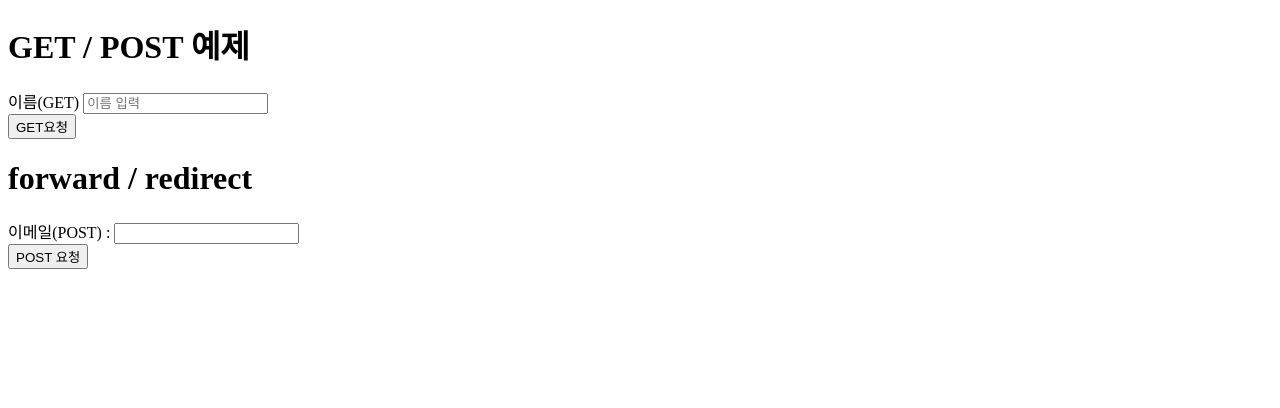
Repository: jijibaebaeeee/jsp-study
Page: http://localhost/day02/
These files come from the project's save history. The page is drawn as it stood at one moment and after the next save; the edit follows.
The browser window is 1280 px wide. The pictures show the whole page.
The page is served by Tomcat 9. Other server files are loaded and not shown.

Above is the page before, as saved 2025-01-13 06:26:12.

### workspace/day02/src/main/webapp/index.jsp
<%@ page language="java" contentType="text/html; charset=UTF-8"
    pageEncoding="UTF-8"%>
<!DOCTYPE html>
<html>
<head>
<meta charset="UTF-8">
<title>Insert title here</title>
</head>
<body>
	<h1>GET / POST 예제</h1>
	<form action="handler" method="get">
		<label for="name">이름(GET)</label>
		<input type="text" id= "name" name="userName" placeholder="이름 입력"><br> <!-- id를 name으로해야 label과 연동가능 -->
		<button type="submit">GET요청</button>
	</form>

	<h1>forward / redirect</h1>
	<form action="handler" method="post">
		<label for="email">이메일(POST) : </label>
		<input type="email" id="email" name="email"><br>
		<button type="submit">POST 요청</button>
	</form>
</body>
</html>

After the next save:
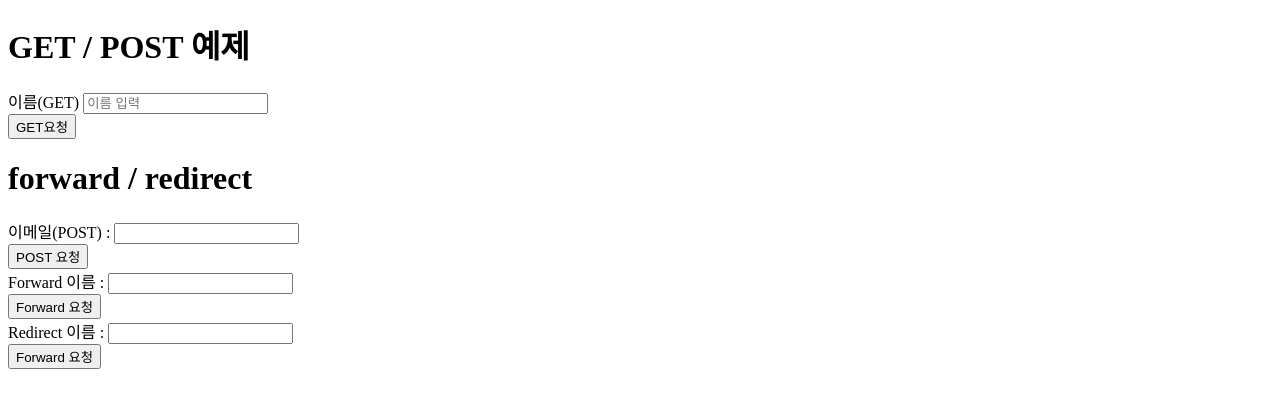
Saved 3 min 23 s later.
--- a/workspace/day02/src/main/webapp/index.jsp
+++ b/workspace/day02/src/main/webapp/index.jsp
@@ -20,5 +20,17 @@
 		<input type="email" id="email" name="email"><br>
 		<button type="submit">POST 요청</button>
 	</form>
+
+	<form action="" method="post">
+		<label for="forwardName">Forward 이름 : </label>
+		<input type="text" id="forwardName" name="forwardName"><br>
+		<button type="submit">Forward 요청</button>
+	</form>
+
+		<form action="" method="post">
+		<label for="redirectName">Redirect 이름 : </label>
+		<input type="text" id="redirectName" name="redirectName"><br>
+		<button type="submit">Forward 요청</button>
+	</form>
 </body>
 </html>
